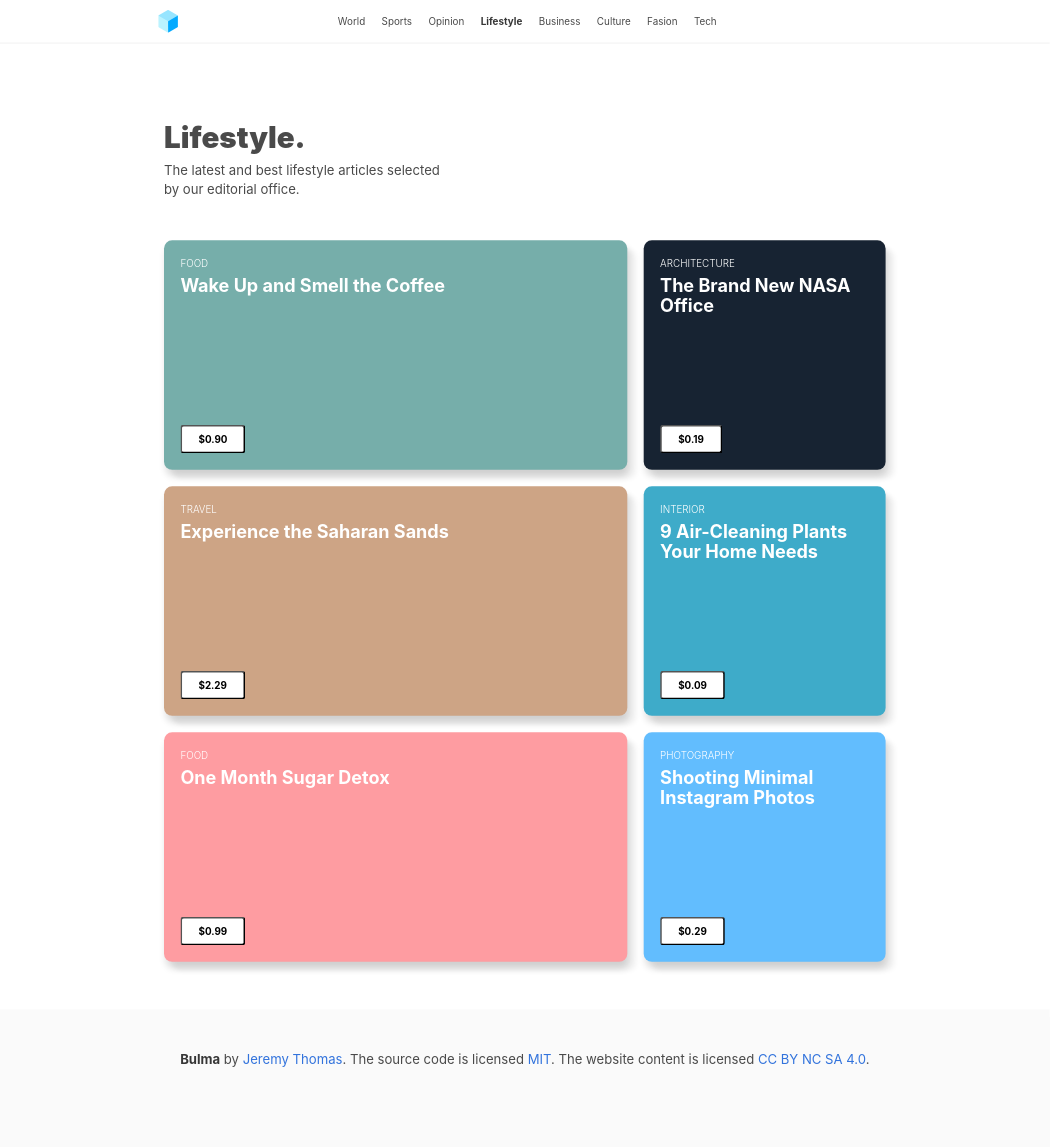
Repository: DOODpls/js_ass1
Page: index.html
An editor plug-in stored every save of this project. The page is shown before and after the next save, followed by the edit.
The browser window is 1280 px wide. The pictures show the whole page, at 82% of full size.

Above is the page before, as saved 2019-11-22 18:43:56.
Console error: TypeError: Cannot read properties of undefined (reading 'color')

### index.html
<!DOCTYPE html>
<html>
<head>
    <title></title>
    <link rel="stylesheet" href="https://cdnjs.cloudflare.com/ajax/libs/bulma/0.7.5/css/bulma.min.css" integrity="sha256-vK3UTo/8wHbaUn+dTQD0X6dzidqc5l7gczvH+Bnowwk=" crossorigin="anonymous" />
    <link rel="stylesheet" type="text/css" href="./styles.css">
</head>
<body>

    <nav class="navbar">
        <div class="container">
            <div class="logo"></div>
            <ul>
                <li>World</li>
                <li>Sports</li>
                <li>Opinion</li>
                <li><strong>Lifestyle</strong></li>
                <li>Business</li>
                <li>Culture</li>
                <li>Fasion</li>
                <li>Tech</li>
            </ul>
            <span class="icon">
              <i class="ion-ionic" style='color: black; background: black;'></i>
            </span>
        </div>
    </nav>

    <section class="section">
        <div class="container">
            <div style='margin: 40px 10px 40px'>
                <h1>Lifestyle.</h1>
                <p>The latest and best lifestyle articles selected<br/>
                    by our editorial office.
                </p>
            </div>
        </div>
        <div class="container">
            <div class='card-row' id='content'></div>
        </div>
    </section>

    <footer class="footer">
        <div class="content has-text-centered">
            <p>
                <strong>Bulma</strong> by <a href="https://jgthms.com">Jeremy Thomas</a>. The source code is licensed
                <a href="http://opensource.org/licenses/mit-license.php">MIT</a>. The website content
                is licensed <a href="http://creativecommons.org/licenses/by-nc-sa/4.0/">CC BY NC SA 4.0</a>.
            </p>
        </div>
    </footer>

    <script type="text/javascript" src='./app.js'></script>
</body>
</html>

### styles.css
/* - - - - - - - - - - - - - - - - - - - - - - - - - - - - - -
GENERAL
- - - - - - - - - - - - - - - - - - - - - - - - - - - - - - */
h1 {
    font-size: 36px;
    font-weight: 900;
}

.container {
    max-width: 900px;
}

/* - - - - - - - - - - - - - - - - - - - - - - - - - - - - - -
NAV
- - - - - - - - - - - - - - - - - - - - - - - - - - - - - - */
nav {
    border-bottom: 1px solid #ededed;
}

.navbar > .container {
    display: flex;
    align-items: center;
    justify-content: space-between;
}

nav .container ul {
    display: flex;
}

nav .container ul li {
    margin: 0 10px;
    font-size: 12px;
}

.logo {
    background: url('./img/logo.svg');
    background-size: 24px;
    background-position: center;
    background-repeat: no-repeat;

    height: 30px;
    width: 30px;
}

@media (max-width: 600px) {
    nav .container {
        padding: 0 30px;
    }

    nav .container ul {
        display: none;
    }
}

/* TILES */
.card-row {
    display: flex;
    flex-wrap: wrap;
}

.card {
    height: 280px;
    border-radius: 10px;
    background: rgba(23, 35, 50, 1);
    flex: 1 230px;
    margin: 10px;
    padding: 20px;
    position: relative;
    box-shadow: 2px 8px 9px 0px rgba(0, 0, 0, 0.14),
        11px 11px 6px rgba(0, 0, 0, 0.05);
}

.card .buy-button {
    position: absolute;
    bottom: 20px;
    left: 20px;
    background: white;
    color: black;
    border-radius: 4px;
    padding: 8px 20px;
    font-size: 12px;
    font-weight: 700;
}

.card .topic {
    color: white;
    font-weight: 300;
    font-size: 12px;
    text-transform: uppercase;
    margin-bottom: 5px;
}
.card .title {
    color: white;
    font-weight: 700;
    font-size: 22px;
}

### app.js
const green = 'rgba(118,174, 170, 1)'
const black = 'rgba(23,35, 50, 1)'
const brown = 'rgba(205,164, 133, 1)'
const greenblue = 'rgba(62,171, 201, 1)'
const pink = 'rgba(254,156, 161, 1)'
const blue = 'rgba(98,189, 254, 1)'

const data = [
    {
        topic: 'Food',
        title: 'Wake Up and Smell the Coffee',
        price: '$0.90',
        color: green
    },
    {
        topic: 'Architecture',
        title: 'The Brand New NASA Office',
        price: '$0.19',
        color: black
    },
    {
        topic: 'Travel',
        title: 'Experience the Saharan Sands',
        price: '$2.29',
        color: brown
    },
    {
        topic: 'Interior',
        title: '9 Air-Cleaning Plants Your Home Needs',
        price: '$0.09',
        color: greenblue
    },
    {
        topic: 'Food',
        title: 'One Month Sugar Detox',
        price: '$0.99',
        color: pink
    },
    {
        topic: 'Photography',
        title: 'Shooting Minimal Instagram Photos',
        price: '$0.29',
        color: blue
    }
]

// Instructions
// Take the data above and display it as tiles on the page
        //tried to do sort, but i suck
        // const button1 = document.querySelector('body section .container')
        // const btn1 = document.createElement('button')
        // btn1.className= 'buy-button'
        // btn1.id = "butt1"
        // button1.appendChild(btn1)

        // function sort1(){
        //     data.sort((a, b) => (a.topic > b.topic) ? 1 : -1)
        // }

        // const button2 = document.querySelector('#butt1')
        // button2.addEventListener('click', function(event) {
        //     sort1()
        // })

    for(i=0; i<data.length; i++){
        let heig
        if(i % 2 == 0){
            heig = '500px'
        }

        const tilers = document.querySelector('#content')
        const divr = document.createElement('div')
        divr.className= 'card'
        divr.style.backgroundColor = data[i].color
        divr.style.flex = heig
        divr.id = 'divtile'+ i
        tilers.appendChild(divr)

        const p1 = document.querySelector('#divtile'+i)
        const pr1 = document.createElement('p')
        pr1.textContent = data[i].topic
        pr1.className= 'topic'
        p1.appendChild(pr1)

        const p2 = document.querySelector('#divtile'+i)
        const pr2 = document.createElement('p')
        pr2.textContent = data[i].title
        pr2.className= 'title'
        p2.appendChild(pr2)

        const btn1 = document.querySelector('#divtile'+i)
        const btr2 = document.createElement('button')
        btr2.textContent = data[i].price
        btr2.className= 'buy-button'
        btn1.appendChild(btr2)
    }

    data.forEach(function()
    {
      let heig
        if(i % 2 == 0){
            heig = '500px'
        }

        const tilers = document.querySelector('#content')
        const divr = document.createElement('div')
        divr.className= 'card'
        divr.style.backgroundColor = data[i].color
        divr.style.flex = heig
        divr.id = 'divtile'+ i
        tilers.appendChild(divr)

        const p1 = document.querySelector('#divtile'+i)
        const pr1 = document.createElement('p')
        pr1.textContent = data[i].topic
        pr1.className= 'topic'
        p1.appendChild(pr1)

        const p2 = document.querySelector('#divtile'+i)
        const pr2 = document.createElement('p')
        pr2.textContent = data[i].title
        pr2.className= 'title'
        p2.appendChild(pr2)

        const btn1 = document.querySelector('#divtile'+i)
        const btr2 = document.createElement('button')
        btr2.textContent = data[i].price
        btr2.className= 'buy-button'
        btn1.appendChild(btr2)
    }())


    //this one also works lolllll
    // data.forEach(function(items)
    // {
    // //   document.getElementById('content').innerHTML += '<div class="card" style="background-color:'+items.color+'"><p class="topic">'+items.topic+'</p><p class="title">'+items.title+'</p><button class="buy-button">'+items.price+'</button></div>';
    // })

After the next save:
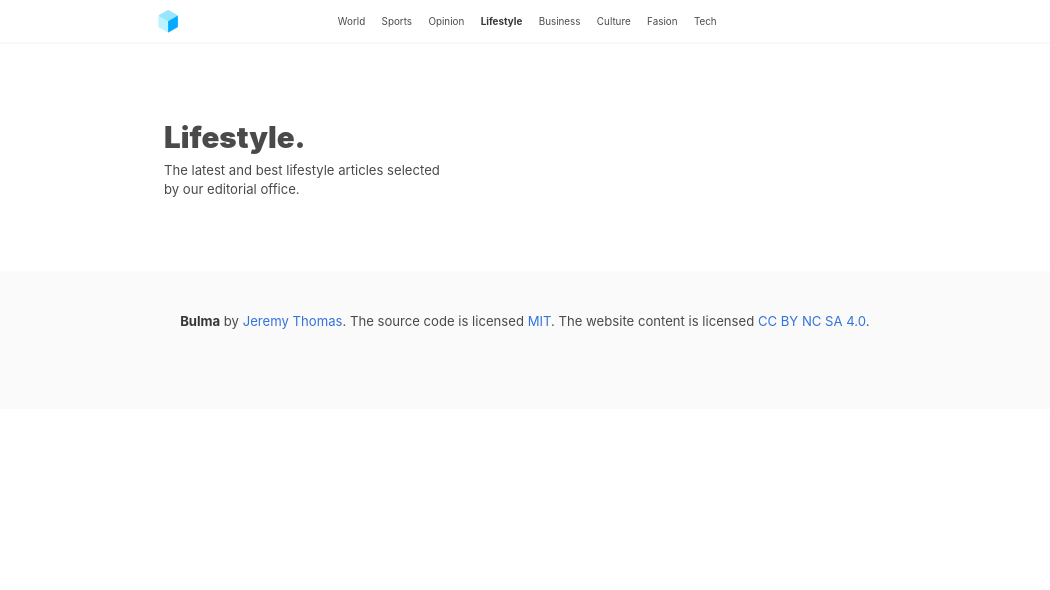
Console error: SyntaxError: missing ) after argument list
Saved 13 s later.
--- a/app.js
+++ b/app.js
@@ -127,7 +127,7 @@
         btr2.textContent = data[i].price
         btr2.className= 'buy-button'
         btn1.appendChild(btr2)
-    }())
+    }
 
 
     //this one also works lolllll

After the save that followed:
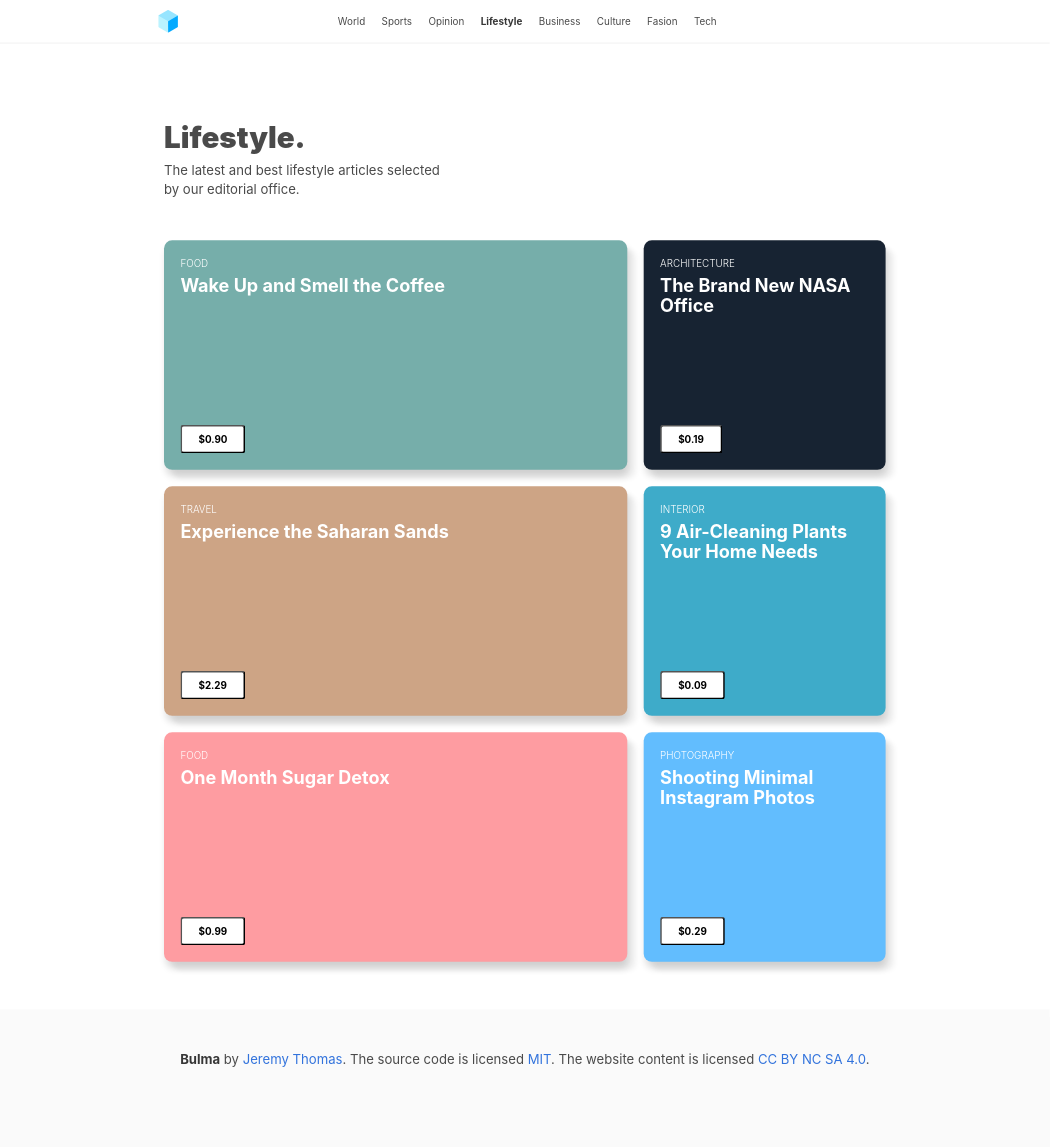
Console error: TypeError: Cannot read properties of undefined (reading 'color')
Saved 8 s later.
--- a/app.js
+++ b/app.js
@@ -127,7 +127,7 @@
         btr2.textContent = data[i].price
         btr2.className= 'buy-button'
         btn1.appendChild(btr2)
-    }
+    })
 
 
     //this one also works lolllll
